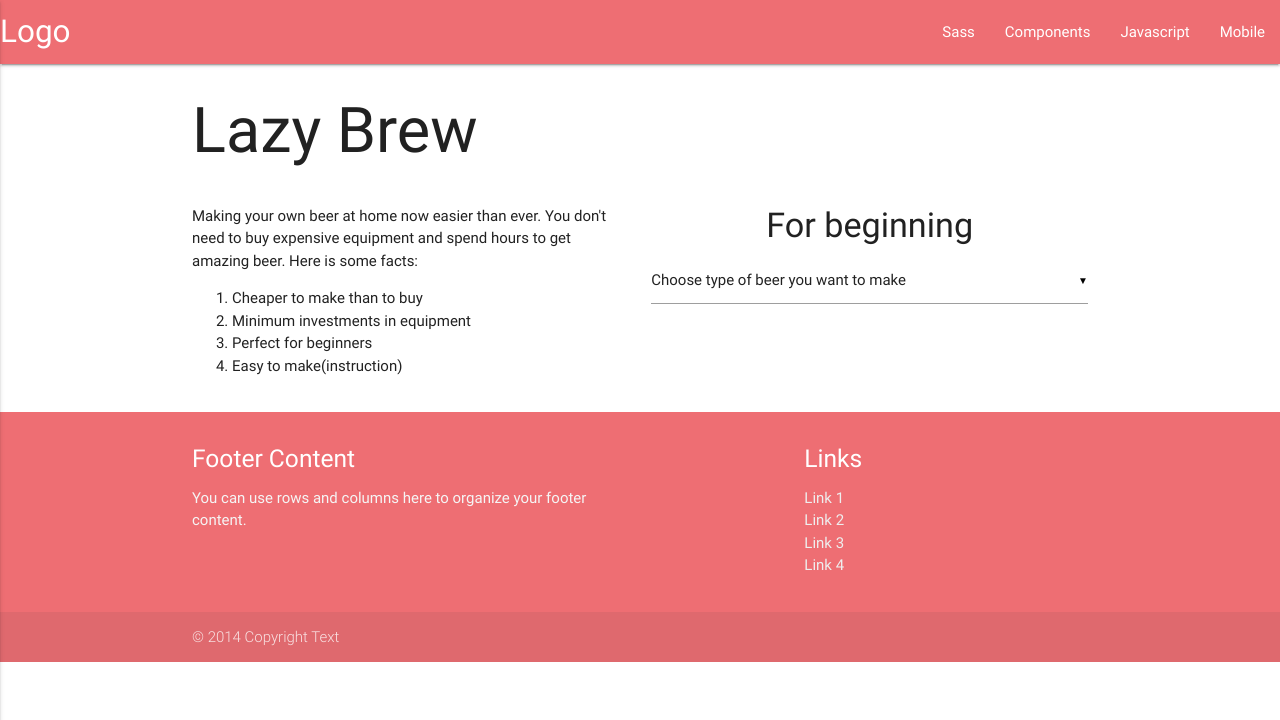
Repository: Leon2ev/lazy-brew
Page: http://localhost/
The author's editor kept a record of every edit. The page is drawn from the files as they stood at one moment, then again after the next edit.
The browser window is 1280 px wide. The pictures show the whole page.
Some web libraries are served in a nearby version. The page is served by the project's application, run on Flask 3 (app.py). Queries for data that is not in the repository find no rows.

Above is the page before.

### templates/index.html
{% extends 'base.html' %}
{% block content %}
    <div class="container">
        <div class="row">
            <div class="col s12">
                <h1>Lazy Brew</h1>
            </div>
            <div class="col s12 l6">
                <p>
                    Making your own beer at home now easier than ever. You don't
                    need to buy expensive equipment and spend hours to get amazing
                    beer. Here is some facts:
                </p>
                <ol>
                    <li>Cheaper to make than to buy</li>
                    <li>Minimum investments in equipment</li>
                    <li>Perfect for beginners</li>
                    <li>Easy to make(instruction)</li>
                </ol>
            </div>
            <div class="col s12 l6">
                <h4 class="center-align">For beginning</h4>
                <select id="type_name" name="type_name">
                    <option value="" disabled selected>Choose type of beer you want to make</option>
                    {% for type in types %}
                        <option value="{{type.name}}">{{type.name}}</option>
                    {% endfor %}
                </select>
            </div>
        </div>
    </div>
{% endblock %}

### templates/base.html
<!DOCTYPE html>
<html lang="en">
    <head>
        <meta charset="UTF-8">
        <meta name="viewport" content="width=device-width, initial-scale=1.0">
        <meta http-equiv="X-UA-Compatible" content="ie=edge">

        <title>Document</title>

        <link href="https://fonts.googleapis.com/icon?family=Material+Icons" rel="stylesheet">
        <link rel="stylesheet" href="https://cdnjs.cloudflare.com/ajax/libs/materialize/0.100.2/css/materialize.min.css">
        <link rel="stylesheet" href="{{url_for('static', filename='css/style.css')}}" type="text/css">
    </head>
    <header>
        <nav>
            <div class="nav-wrapper">
                <a href="#!" class="brand-logo">Logo</a>
                <a href="#" data-activates="mobile-demo" class="button-collapse"><i class="material-icons">menu</i></a>
            <ul class="right hide-on-med-and-down">
                <li><a href="sass.html">Sass</a></li>
                <li><a href="badges.html">Components</a></li>
                <li><a href="collapsible.html">Javascript</a></li>
                <li><a href="mobile.html">Mobile</a></li>
            </ul>
            <ul class="side-nav" id="mobile-demo">
                <li><a href="sass.html">Sass</a></li>
                <li><a href="badges.html">Components</a></li>
                <li><a href="collapsible.html">Javascript</a></li>
                <li><a href="mobile.html">Mobile</a></li>
            </ul>
            </div>
        </nav>
    </header>
    <body>
        {% block content %}{% endblock %}
        <script src="https://cdnjs.cloudflare.com/ajax/libs/jquery/3.2.1/jquery.min.js"></script>
        <script src="https://cdnjs.cloudflare.com/ajax/libs/materialize/0.100.2/js/materialize.min.js"></script>
        <script type="text/javascript">
            $(document).ready(function() {
                $('select').material_select();
                $(".button-collapse").sideNav();
            });
        </script>
    </body>
    <footer class="page-footer">
        <div class="container">
            <div class="row">
                <div class="col l6 s12">
                    <h5 class="white-text">Footer Content</h5>
                    <p class="grey-text text-lighten-4">You can use rows and columns here to organize your footer content.</p>
                </div>
                <div class="col l4 offset-l2 s12">
                    <h5 class="white-text">Links</h5>
                    <ul>
                        <li><a class="grey-text text-lighten-3" href="#!">Link 1</a></li>
                        <li><a class="grey-text text-lighten-3" href="#!">Link 2</a></li>
                        <li><a class="grey-text text-lighten-3" href="#!">Link 3</a></li>
                        <li><a class="grey-text text-lighten-3" href="#!">Link 4</a></li>
                    </ul>
                </div>
            </div>
        </div>
        <div class="footer-copyright">
            <div class="container">
                © 2014 Copyright Text
            </div>
        </div>
    </footer>
</html>

### app.py
import os
from flask import Flask, render_template, redirect, request, url_for
from flask_pymongo import PyMongo
from bson.objectid import ObjectId

app = Flask(__name__)

# Connection to MongoDB

app.config["MONGO_DBNAME"] = 'beer_brewing'
app.config["MONGO_URI"] = os.getenv('MONGO_URI', 'mongodb://localhost')

mongo = PyMongo(app)

# App routes ------------------------------------------------------------

@app.route('/')

# Home page

@app.route('/home_page')
def home_page():
    return render_template("index.html",
    types=mongo.db.types.find())

# Product selection

@app.route('/get_products')
def get_products():
    return render_template("products.html",
    products=mongo.db.products.find())

# Add product

@app.route('/add_product')
def add_product():
    return render_template("addproduct.html",
    brands=mongo.db.brands.find(),
    types=mongo.db.types.find())

# Proceed inserted data to mongo

@app.route('/insert_product', methods=["POST"])
def insert_product():
    products=mongo.db.products
    products.insert_one(request.form.to_dict())
    return redirect(url_for('get_products'))

# Edit product

@app.route('/edit_product/<product_id>')
def edit_product(product_id):
    return render_template("editproduct.html",
    product=mongo.db.products.find_one({"_id": ObjectId(product_id)}),
    brands=mongo.db.brands.find(),
    types=mongo.db.types.find())

# Update product

@app.route('/update_product/<product_id>', methods=["POST"])
def update_product(product_id):
    products=mongo.db.products
    products.update({'_id': ObjectId(product_id)},
    {
        'name': request.form.get('name'),
        'brand_name': request.form.get('brand_name'),
        'image_url': request.form.get('image_url'),
        'type_name': request.form.get('type_name'),
        'about': request.form.get('about'),
        'abv': request.form.get('abv'),
        'amount': request.form.get('amount'),
        'instruction': request.form.get('instruction'),
        'gluten': request.form.get('gluten')
    })
    return redirect(url_for('get_products'))

# Delete product

@app.route('/delete_product/<product_id>')
def delete_product(product_id):
    mongo.db.products.remove({'_id': ObjectId(product_id)})
    return redirect(url_for('get_products'))

# Single product description

@app.route('/get_description/<product_id>')
def get_description(product_id):
    return render_template("description.html",
    product=mongo.db.products.find_one({"_id": ObjectId(product_id)}))


if __name__ == "__main__":
    app.run(host=os.environ.get('IP'),
        port=int(os.environ.get('PORT')),
        debug=True)

Loaded but not shown: static/css/style.css (no copy from this time; the picture is the same without it)

After the next edit:
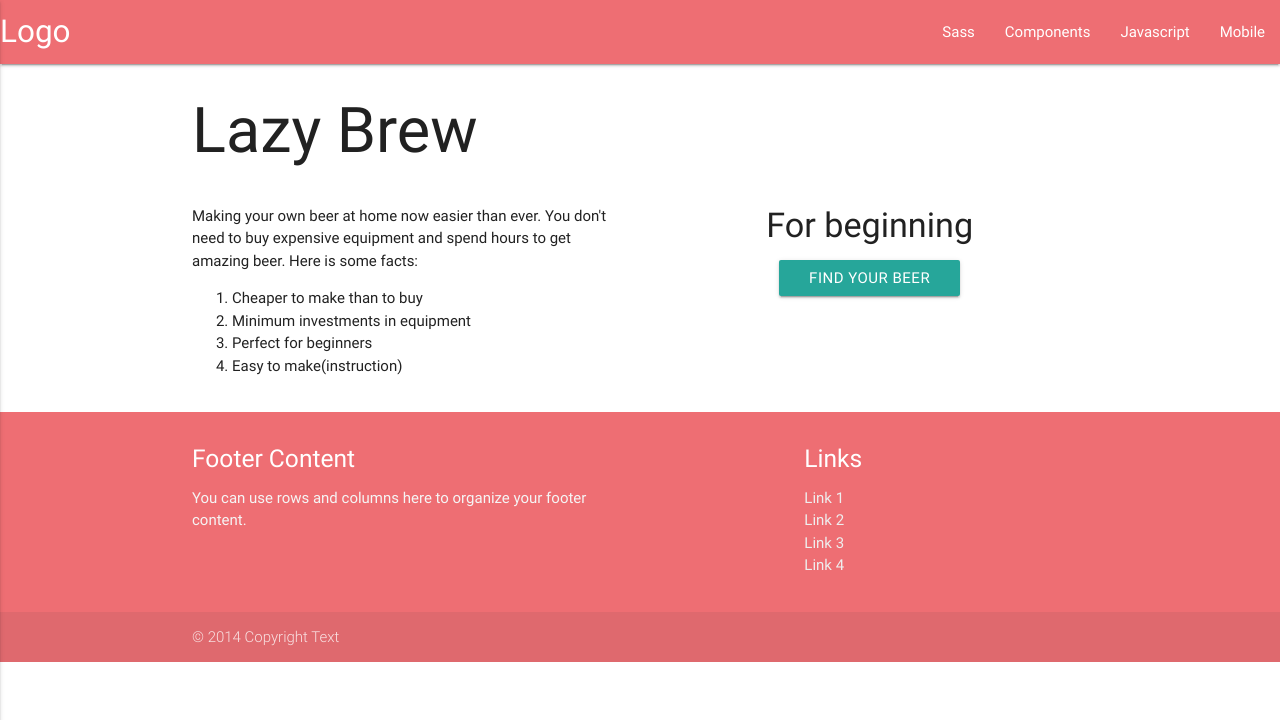
The edit:
--- a/templates/index.html
+++ b/templates/index.html
@@ -20,12 +20,9 @@
             </div>
             <div class="col s12 l6">
                 <h4 class="center-align">For beginning</h4>
-                <select id="type_name" name="type_name">
-                    <option value="" disabled selected>Choose type of beer you want to make</option>
-                    {% for type in types %}
-                        <option value="{{type.name}}">{{type.name}}</option>
-                    {% endfor %}
-                </select>
+                <p class="center-align">
+                    <a class="waves-effect waves-light btn" href="{{url_for('get_products')}}">Find your beer</a>
+                </p>
             </div>
         </div>
     </div>
